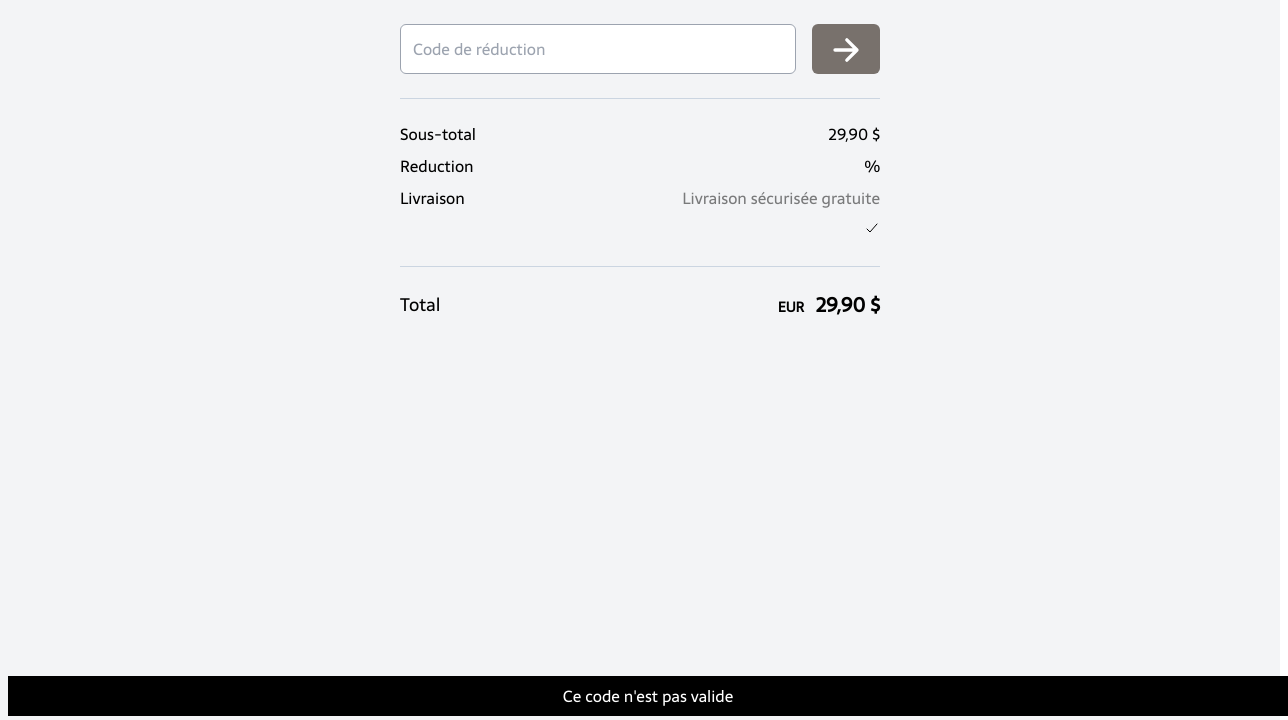
Repository: darlino/gotyu_shopify_section
Page: reduction_input210223/index.html
An editor plug-in stored every save of this project. The page is shown before and after the next save, followed by the edit.
The browser window is 1280 px wide. The page is 1288 px wide, so the pictures cover 1288 px, including what lies to the right of the window. The pictures show the whole page.
Some web libraries are served in a nearby version.

Above is the page before, as saved 2023-02-21 22:54:58.

### reduction_input210223/index.html
<!DOCTYPE html>
<html lang="en">
  <head>
    <meta charset="UTF-8" />
    <meta http-equiv="X-UA-Compatible" content="IE=edge" />
    <meta name="viewport" content="width=device-width, initial-scale=1.0" />
    <title>Document</title>
    <link rel="preconnect" href="https://fonts.googleapis.com" />
    <link rel="preconnect" href="https://fonts.gstatic.com" crossorigin />
    <link
      href="https://fonts.googleapis.com/css2?family=Sarala&display=swap"
      rel="stylesheet"
    />
    <link rel="stylesheet" href="style.css" />
    <script src="https://cdn.tailwindcss.com"></script>
    <script
      type="module"
      src="https://unpkg.com/ionicons@5.5.2/dist/ionicons/ionicons.esm.js"
    ></script>
    <script
      nomodule
      src="https://unpkg.com/ionicons@5.5.2/dist/ionicons/ionicons.js"
    ></script>
  </head>
  <body>
    <section id="reduction210223">
      <div
        class="max-w-[1300px] relative h-screen flex flex-col mx-auto bg-gray-100"
      >
        <div
          class="flex flex-col space-y-6 md:px-20 px-8 py-6 mx-auto md:w-1/2 w-full"
        >
          <div id="form" class="form flex flex-row justify-between space-x-4">
            <input
              type="text"
              id="reduction"
              name="reduction"
              class="px-3 w-5/6 py-2 border outline-none border-1 border-gray-400 bg-white rounded-md"
              placeholder="Code de réduction"
            />
            <button
              type="button"
              onclick="displayValue()"
              class="px-2 w-1/6 py-1 bg-stone-500 rounded-md text-center"
            >
              <ion-icon
                name="arrow-forward-outline"
                class="text-4xl bg-none text-white relative top-1"
              ></ion-icon>
            </button>
          </div>
          <div class="w-full h-[.25px] bg-slate-300"></div>
          <div class="flex flex-col space-y-2">
            <div class="flex flex-row justify-between">
              <p class="text-md">Sous-total</p>
              <p class="text-md">29,90 $</p>
            </div>
            <div class="flex flex-row justify-between">
              <p class="text-md">Reduction</p>
              <p class="text-md"><span id="reductionCode"> </span> %</p>
            </div>
            <div class="flex flex-row justify-between">
              <p class="text-md">Livraison</p>
              <div class="flex flex-col space-y-2">
                <p class="text-md text-black/50">
                  Livraison sécurisée gratuite
                </p>
                <span class="text-right">
                  <ion-icon name="checkmark-outline"></ion-icon>
                </span>
              </div>
            </div>
          </div>
          <div class="w-full h-[.25px] bg-slate-300"></div>
          <div class="flex flex-row justify-between">
            <p class="text-lg">Total</p>
            <p class="text-xl font-bold">
              <span class="px-2 text-sm"> EUR </span> 29,90 $
            </p>
          </div>
          <div
            class="absolute bottom-1 left-2 right-2 px-10 p-2 bg-black text-center w-full text-white"
          >
            Ce code n'est pas valide
          </div>
        </div>
      </div>
    </section>
    <script type="text/javascript">
      const promoCoupons = [
        {
          name: "abra",
          code: 20,
        },
        {
          name: "bonjour",
          code: 40,
        },
        {
          name: "cafe",
          code: 15,
        },
        {
          name: "dalton",
          code: 50,
        },
      ];
      function displayValue() {
        let inputValue = document.getElementById("reduction").value;
        console.log("Input value is", inputValue);
        const promo = promoCoupons.filter(
          (coupon) => coupon.name === inputValue
        );
        console.log(promo);
      }
    </script>
  </body>
</html>

### reduction_input210223/style.css
* {
  margin: 0;
  padding: 0;
  font-family: "Sarala", sans-serif;
}
#reduction {
  width: 100%;
  height: 100%;
}

After the next save:
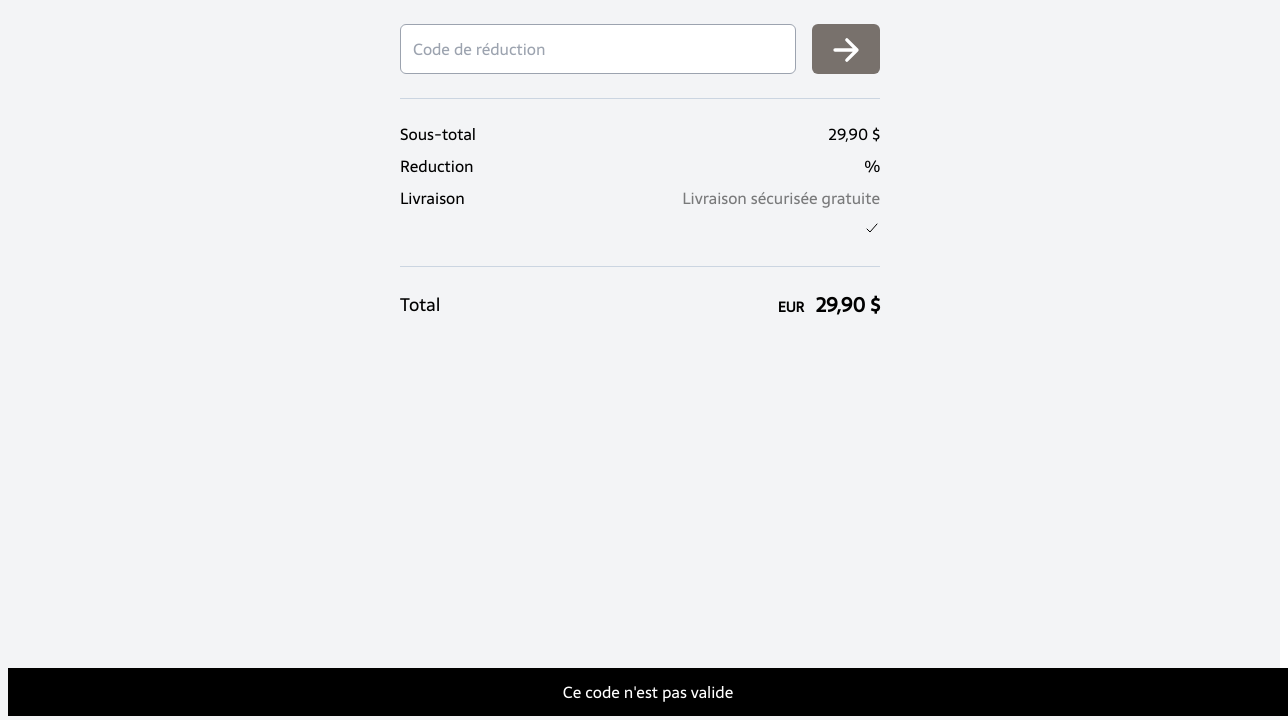
Saved 18 s later.
--- a/reduction_input210223/index.html
+++ b/reduction_input210223/index.html
@@ -79,7 +79,7 @@
             </p>
           </div>
           <div
-            class="absolute bottom-1 left-2 right-2 px-10 p-2 bg-black text-center w-full text-white"
+            class="absolute bottom-1 left-2 right-2 px-10 p-3 bg-black text-center w-full text-white"
           >
             Ce code n'est pas valide
           </div>
